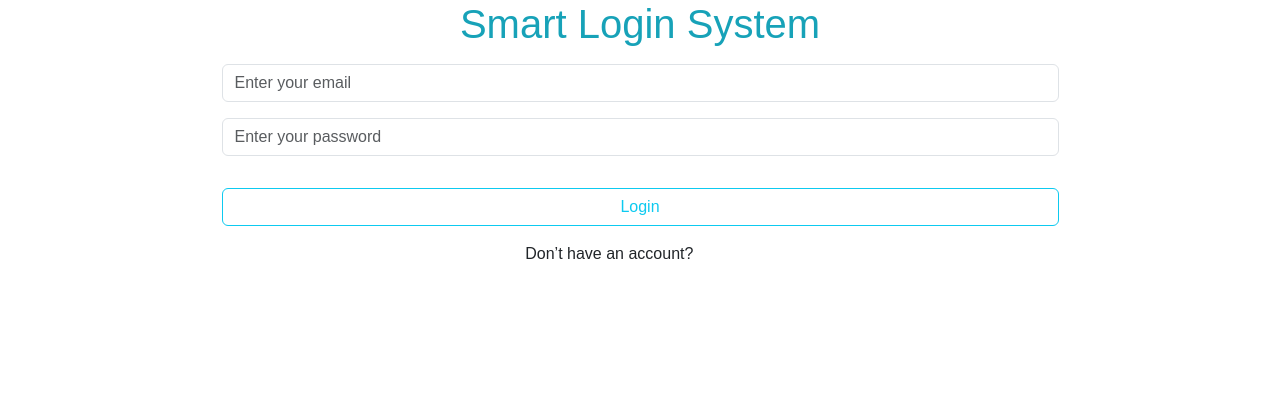
Repository: bodajava/TASK-4
Page: index.html
An editor plug-in stored every save of this project. The page is shown before and after the next save, followed by the edit.
The browser window is 1280 px wide. The pictures show the whole page.

Above is the page before, as saved 2025-06-18 19:41:55.

After the next save:
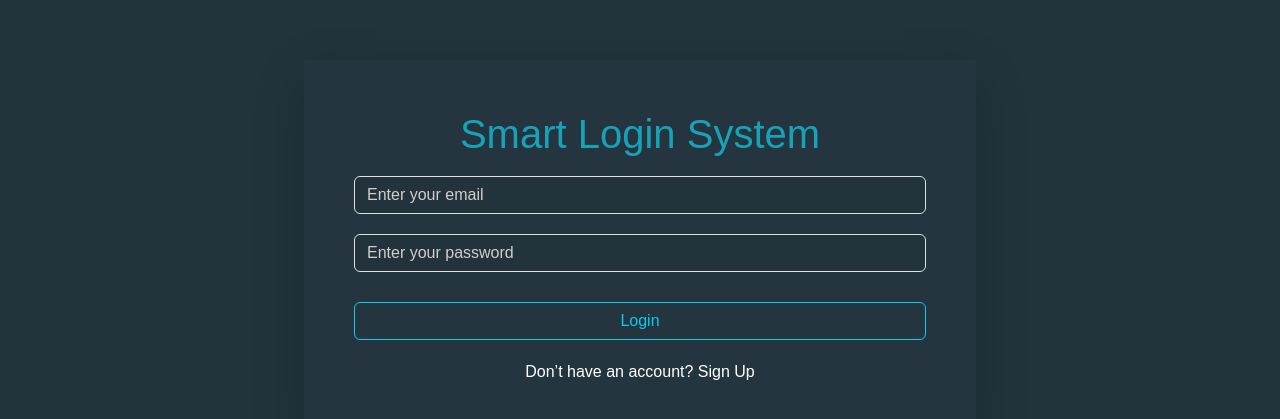
Saved 2 min 19 s later.
--- a/index.html
+++ b/index.html
@@ -8,31 +8,37 @@
     <meta name="viewport" content="width=device-width, initial-scale=1.0" />
     <title>Document</title>
   </head>
-  <body>
-    <div id="item" class="container text-center">
-      <div id="item2" class="m-auto w-75">
-        <h1>Smart Login System</h1>
-        <input
-          type="text"
-          class="form-control my-3"
-          placeholder="Enter your email"
-          id="signinEmail"
-        />
-        <input
-          type="password"
-          class="form-control my-3"
-          placeholder="Enter your password"
-          id="signinPassword"
-        />
-
-        <a class="btnn btn btn-outline-info w-100 my-3" href="theerdIndex.html"
-          >Login</a
-        >
-
-        <p class="paragraph">
-          Don’t have an account?
-          <a class="anchor" href="scoundIndex.html">Sign Up</a>
-        </p>
+  <body class="bg-22333c">
+    <div class="smart-app">
+      <div class="login shadow-lg">
+        <h1 class="text-capitalize">smart login system</h1>
+        <div action="" class="form d-flex flex-column" onsubmit="onload()">
+          <input
+            class="border border-1 rounded-2"
+            type="email"
+            id="signEmail"
+            placeholder="Enter your email"
+          />
+          <input
+            class="border border-1 rounded-2"
+            type="password"
+            id="signPass"
+            placeholder="Enter your password"
+          />
+          <div id="result-sign">
+            <span></span>
+          </div>
+          <button
+            id="submit"
+            onclick="searchUser()"
+            class="btn btn-outline-info text-decoration-none"
+          >
+            Login
+          </button>
+          <label for="">
+            Don’t have an account? <a href="sign-up.html">Sign Up</a></label
+          >
+        </div>
       </div>
     </div>
 
